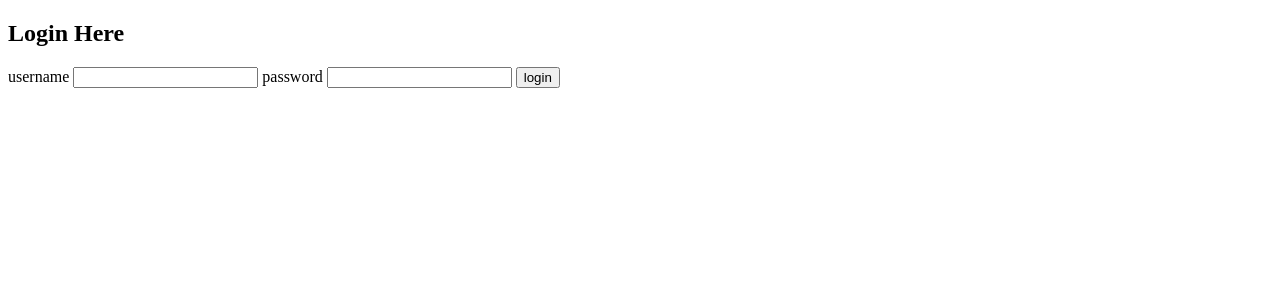
Repository: Aman-Kumar-Gautam/Java-Full-Stack
Page: http://localhost/web_app_6/login.jsp
An editor plug-in stored every save of this project. The page is shown before and after the next save, followed by the edit.
The browser window is 1280 px wide. The pictures show the whole page.
The page is served by Tomcat 9.

Above is the page before, as saved 2023-11-07 16:52:30.

After the next save:
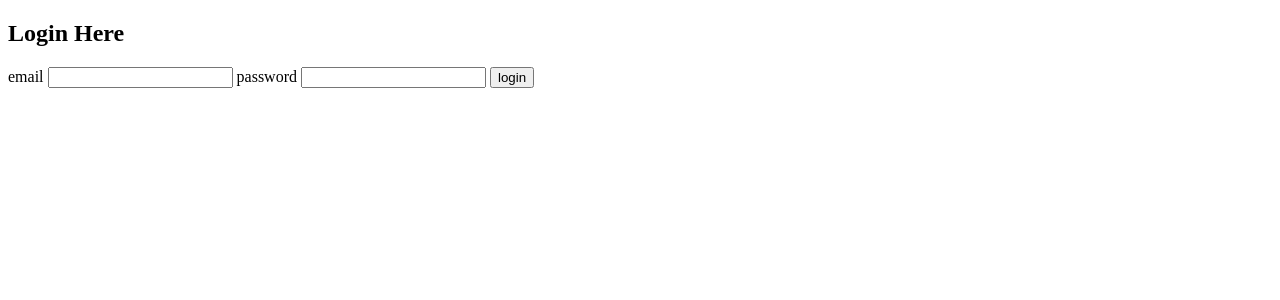
Saved 2 min 4 s later.
--- a/Projects/web_app_6/src/main/webapp/login.jsp
+++ b/Projects/web_app_6/src/main/webapp/login.jsp
@@ -10,8 +10,9 @@
 	<h2>Login Here</h2>
 
 	<form action="verifyLogin" method="post">
-		username <input type="text" name="email" /> password <input
-			type="password" name="password" /> <input type="submit" value="login" />
+			email <input type="text" name="email" />
+			password <input type="password" name="password" />
+			<input type="submit" value="login" />
 	</form>
 
 </body>
